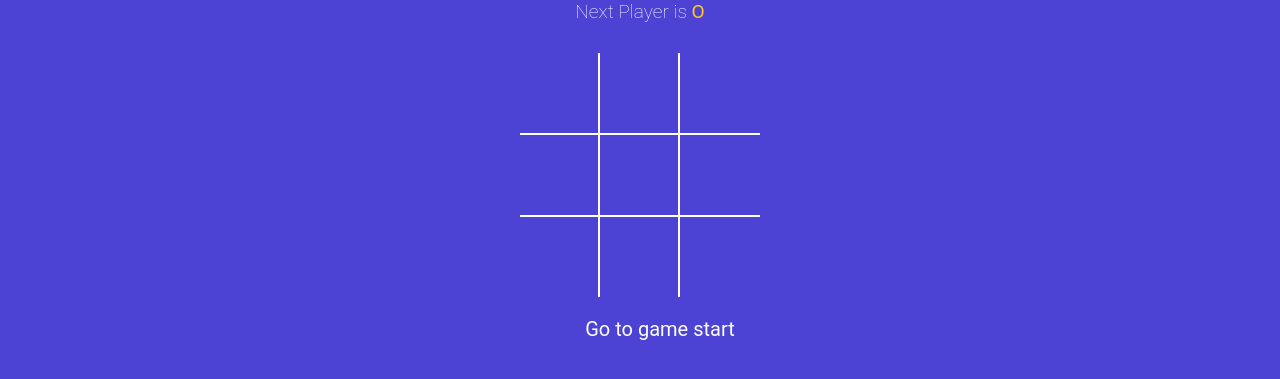
Repository: NoobAjay/tictactoe-game
Page: /
An editor plug-in stored every save of this project. The page is shown before and after the next save, followed by the edit.
The browser window is 1280 px wide. The pictures show the whole page.
The project was rebuilt for these pictures with package versions that can differ from the ones it lists, and the page was loaded fresh each time. Also part of the build but not shown: vite.config.js.

Above is the page before, as saved 2023-03-22 13:45:29.

### src/App.jsx
import './styles.scss';
import { useState } from 'react';
import Board from './components/Board';
import { calculateWinner } from './winner';
import StatusMessage from './components/StatusMessage';
import History from './components/History';

function App() {
  const [history, setHistory] = useState([
    { squares: Array(9).fill(null), isXNext: false },
  ]);

  const [currentMove, setCurrentMove] = useState(0);

  const gamingBoard = history[currentMove];

  const winner = calculateWinner(gamingBoard.squares);
  console.log({ history, currentMove });

  const handleSquareClick = clickedPosition => {
    if (gamingBoard.squares[clickedPosition] || winner) {
      return;
    }
    setHistory(currentHistory => {
      const lastGamingState = history[history.length - 1];

      const nextSquareState = lastGamingState.squares.map(
        (squareValue, position) => {
          if (clickedPosition === position) {
            return lastGamingState.isXNext ? 'X' : '0';
          }
          return squareValue;
        }
      );

      return currentHistory.concat({
        squares: nextSquareState,
        isXNext: !lastGamingState.isXNext,
      });
    });

    setCurrentMove(move => move + 1);
  };

  return (
    <div className="app">
      <StatusMessage winner={winner} gamingBoard={gamingBoard} />
      <Board
        squares={gamingBoard.squares}
        handleSquareClick={handleSquareClick}
      />
      <History history={history} />
    </div>
  );
}

export default App;

### src/components/Board.jsx
import React from 'react';
import Square from './Square';

const Board = ({ squares, handleSquareClick }) => {
  const renderSquare = position => {
    return (
      <Square
        value={squares[position]}
        onClick={() => handleSquareClick(position)}
      />
    );
  };
  return (
    <div className="board">
      <div className="board-row">
        {renderSquare(0)}
        {renderSquare(1)}
        {renderSquare(2)}
      </div>
      <div className="board-row">
        {renderSquare(3)}
        {renderSquare(4)}
        {renderSquare(5)}
      </div>
      <div className="board-row">
        {renderSquare(6)}
        {renderSquare(7)}
        {renderSquare(8)}
      </div>
    </div>
  );
};

export default Board;

### src/components/StatusMessage.jsx
import React from 'react';

const StatusMessage = ({ winner, gamingBoard }) => {
  const { squares, isXNext } = gamingBoard;
  const noMovesLeft = squares.every(squareValue => squareValue !== null);
  const nextPlayer = isXNext ? 'X' : 'O';

  const renderStatusMessage = () => {
    if (winner) {
      return (
        <React.Fragment>
          {' '}
          Winner is {''}
          <span className={winner === 'X' ? 'text-green' : 'text-orange'}>
            {winner}
          </span>
        </React.Fragment>
      );
    }
    if (!winner && noMovesLeft) {
      return (
        <React.Fragment>
          <span className="text-orange"> O </span> and {''}
          <span className="text-green "> X</span> tied
        </React.Fragment>
      );
    }
    if (!winner && !noMovesLeft) {
      return (
        <React.Fragment>
          Next Player is {''}
          <span className={isXNext ? 'text-green' : 'text-orange'}>
            {nextPlayer}
          </span>
        </React.Fragment>
      );
    }
    return null;
  };

  return <div className="status-message">{renderStatusMessage()}</div>;
};

export default StatusMessage;

### src/components/History.jsx
import React from 'react';

const History = ({ history }) => {
  return (
    <div>
      <ul>
        {history.map((_, index) => (
          <div key={index}>
            {index === 0 ? `Go to game start` : `Go to move #${index}`}
          </div>
        ))}
      </ul>
    </div>
  );
};

export default History;

Loaded but not shown: index.html (common file); src/main.jsx (common file); src/styles.scss (common file); src/winner.js (common file); src/components/Square.jsx (common file)

After the next save:
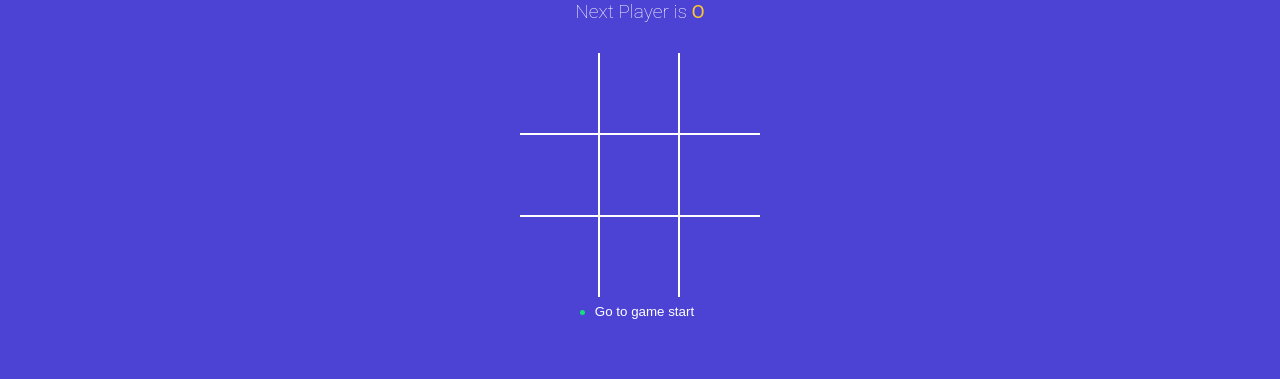
Saved 2 min 51 s later.
--- a/src/components/History.jsx
+++ b/src/components/History.jsx
@@ -2,12 +2,14 @@ import React from 'react';
 
 const History = ({ history }) => {
   return (
-    <div>
-      <ul>
+    <div className="history-wrapper">
+      <ul className="history">
         {history.map((_, index) => (
-          <div key={index}>
-            {index === 0 ? `Go to game start` : `Go to move #${index}`}
-          </div>
+          <li key={index}>
+            <button type="button" className="btn-move">
+              {index === 0 ? `Go to game start` : `Go to move #${index}`}
+            </button>
+          </li>
         ))}
       </ul>
     </div>
